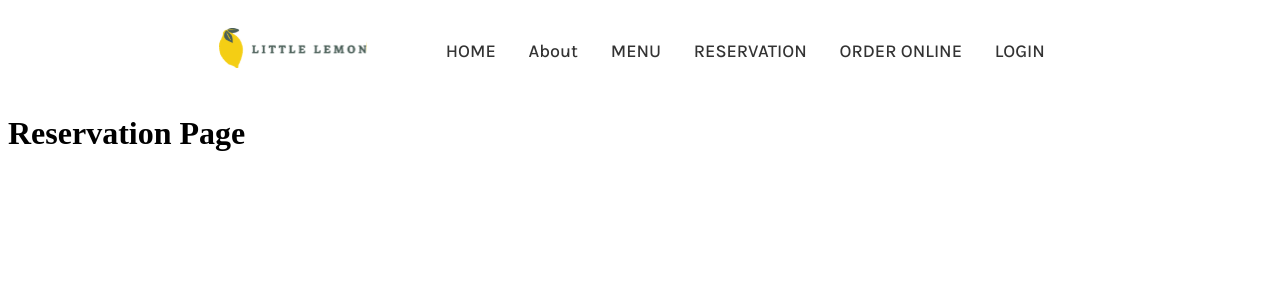
Repository: Yeshwanth-189/little-lemon
Page: /reservation (app in little-lemon/)
An editor plug-in stored every save of this project. The page is shown before and after the next save, followed by the edit.
The browser window is 1280 px wide. The pictures show the whole page.
The project was rebuilt for these pictures with package versions that can differ from the ones it lists, and the page was loaded fresh each time. Also part of the build but not shown: little-lemon/src/index.css, little-lemon/src/components/Hero/Hero.css, little-lemon/src/components/Hero/Hero.jsx, little-lemon/src/components/Specials/Specials.css, little-lemon/src/components/Specials/Specials.jsx, little-lemon/src/components/Testimonials/Testimonials.css, little-lemon/src/components/Testimonials/Testimonials.jsx, little-lemon/src/components/About/About.css and 3 more.

Above is the page before, as saved 2025-04-26 20:25:46.

### little-lemon/public/index.html
<!DOCTYPE html>
<html lang="en">
  <head>
    <meta charset="utf-8" />
    <link rel="icon" href="%PUBLIC_URL%/Logo.png" />
    <meta name="viewport" content="width=device-width, initial-scale=1" />
    <meta name="theme-color" content="#000000" />
    <meta
      name="description"
      content="Little Lemon is a family-run Mediterranean restaurant in Chicago, IL."
    />
    <meta name="og:image" content="%PUBLIC_URL%/Logo.png" />
    <meta name="og:title" content="Little-Lemon Restaurant" />
    <link rel="apple-touch-icon" href="%PUBLIC_URL%/Logo.png" />
    <!--
      manifest.json provides metadata used when your web app is installed on a
      user's mobile device or desktop. See https://developers.google.com/web/fundamentals/web-app-manifest/
    -->
    <link rel="manifest" href="%PUBLIC_URL%/manifest.json" />
    <!--
      Notice the use of %PUBLIC_URL% in the tags above.
      It will be replaced with the URL of the `public` folder during the build.
      Only files inside the `public` folder can be referenced from the HTML.

      Unlike "/favicon.ico" or "favicon.ico", "%PUBLIC_URL%/favicon.ico" will
      work correctly both with client-side routing and a non-root public URL.
      Learn how to configure a non-root public URL by running `npm run build`.
    -->
    <title>Little Lemon</title>
    <link rel="stylesheet" href="%PUBLIC_URL%/index.css" />
    <link rel="preconnect" href="https://fonts.googleapis.com" />
    <link rel="preconnect" href="https://fonts.gstatic.com" crossorigin />
    <link
      href="https://fonts.googleapis.com/css2?family=Karla:ital,wght@0,200..800;1,200..800&display=swap"
      rel="stylesheet"
    />
    <link rel="preconnect" href="https://fonts.googleapis.com" />
    <link rel="preconnect" href="https://fonts.gstatic.com" crossorigin />
    <link
      href="https://fonts.googleapis.com/css2?family=Karla:ital,wght@0,200..800;1,200..800&family=Roboto:ital,wght@0,100..900;1,100..900&display=swap"
      rel="stylesheet"
    />
  </head>
  <body>
    <noscript>You need to enable JavaScript to run this app.</noscript>
    <div id="root"></div>
    <!--
      This HTML file is a template.
      If you open it directly in the browser, you will see an empty page.

      You can add webfonts, meta tags, or analytics to this file.
      The build step will place the bundled scripts into the <body> tag.

      To begin the development, run `npm start` or `yarn start`.
      To create a production bundle, use `npm run build` or `yarn build`.
    -->
  </body>
</html>

### little-lemon/src/App.js
import React from "react";
import { BrowserRouter as Router, Routes, Route } from "react-router-dom";
import Nav from "./components/Navigation/NavBar";
import Hero from "./components/Hero/Hero";
import Specials from "./components/Specials/Specials";
import Testimonials from "./components/Testimonials/Testimonials";
import About from "./components/About/About";
import Footer from "./components/Footer/Footer";

function Home() {
  return (
    <div>
      <Hero />
      <Specials />
      <Testimonials />
      <About />
      <Footer />
    </div>
  );
}

function Menu() {
  return <h1>Menu Page</h1>;
}

function Reservation() {
  return <h1>Reservation Page</h1>;
}

function App() {
  return (
    <Router>
      <Nav />
      <Routes>
        <Route path="/" element={<Home />} />
        <Route path="/menu" element={<Menu />} />
        <Route path="/about" element={<About />} />
        <Route path="/reservation" element={<Reservation />} />
      </Routes>
    </Router>
  );
}

export default App;

### little-lemon/src/components/Navigation/NavBar.jsx
import React from "react";
import { Link as RouterLink } from "react-router-dom";
import { Link as ScrollLink } from "react-scroll";
import Logo from "../../assets/Logo.svg";
import "./NavBar.css";

function Nav() {
  return (
    <nav className="nav-grid">
      {/* Empty 1-2 columns */}
      <div className="nav-empty"></div>

      {/* Logo 3-4 */}
      <div className="nav-logo">
        <img src={Logo} alt="Little Lemon Logo" />
      </div>

      {/* Nav links 5-10 */}
      <div className="nav-links">
        <RouterLink to="/">HOME</RouterLink>
        <ScrollLink
          to="about"
          smooth={true}
          duration={500}
          offset={-70} // Adjust if your NavBar is sticky
        >
          About
        </ScrollLink>
        <RouterLink to="/menu">MENU</RouterLink>
        <RouterLink to="/reservation">RESERVATION</RouterLink>
        <RouterLink to="/order-online">ORDER ONLINE</RouterLink>
        <RouterLink to="/login">LOGIN</RouterLink>
      </div>

      {/* Empty 11-12 columns */}
      <div className="nav-empty"></div>
    </nav>
  );
}

export default Nav;

### little-lemon/src/components/Navigation/NavBar.css
.nav-grid {
  display: grid;
  grid-template-columns: repeat(12, 1fr);
  align-items: center;
  background-color: white;
  padding: 20px 0;
  position: sticky;
  top: 0;
  z-index: 10;
  font-family: "karla", sans-serif;
  font-size: 20px;
  font-weight: 700;
}

/* Empty columns for margins */
.nav-empty {
  grid-column: span 2;
}

/* Logo */
.nav-logo {
  grid-column: span 2;
  font-size: 24px;
  font-weight: bold;
  color: #495e57;
}

.nav-logo a {
  text-decoration: none;
  color: inherit;
}

/* Links */
.nav-links {
  grid-column: span 6;
  display: flex;
  justify-content: space-around;
  align-items: center;
}

.nav-links a {
  text-decoration: none;
  color: #333;
  font-size: 18px;
  font-weight: 500;
}

.nav-links a:hover {
  color: #f4ce14;
}

/* MOBILE RESPONSIVE */
@media (max-width: 768px) {
  .nav-grid {
    grid-template-columns: repeat(4, 1fr);
    padding: 10px 0;
  }

  .nav-empty {
    display: none; /* No margin on mobile */
  }

  .nav-logo {
    grid-column: span 2;
    font-size: 20px;
    text-align: left;
    padding-left: 10px;
  }

  .nav-links {
    grid-column: span 2;
    display: flex;
    flex-direction: column; /* Stack links vertically */
    gap: 10px;
    align-items: flex-end;
    padding-right: 10px;
  }

  .nav-links a {
    font-size: 16px;
  }
}

Loaded but not shown: little-lemon/src/index.js (common file); little-lemon/src/reportWebVitals.js (common file); little-lemon/public/index.css (common file)

After the next save:
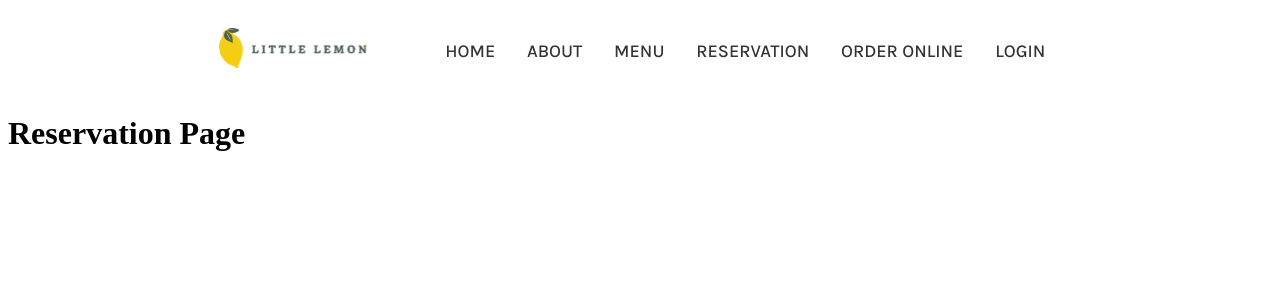
Saved 14 s later.
--- a/little-lemon/src/components/Navigation/NavBar.jsx
+++ b/little-lemon/src/components/Navigation/NavBar.jsx
@@ -24,7 +24,7 @@ function Nav() {
           duration={500}
           offset={-70} // Adjust if your NavBar is sticky
         >
-          About
+          ABOUT
         </ScrollLink>
         <RouterLink to="/menu">MENU</RouterLink>
         <RouterLink to="/reservation">RESERVATION</RouterLink>
